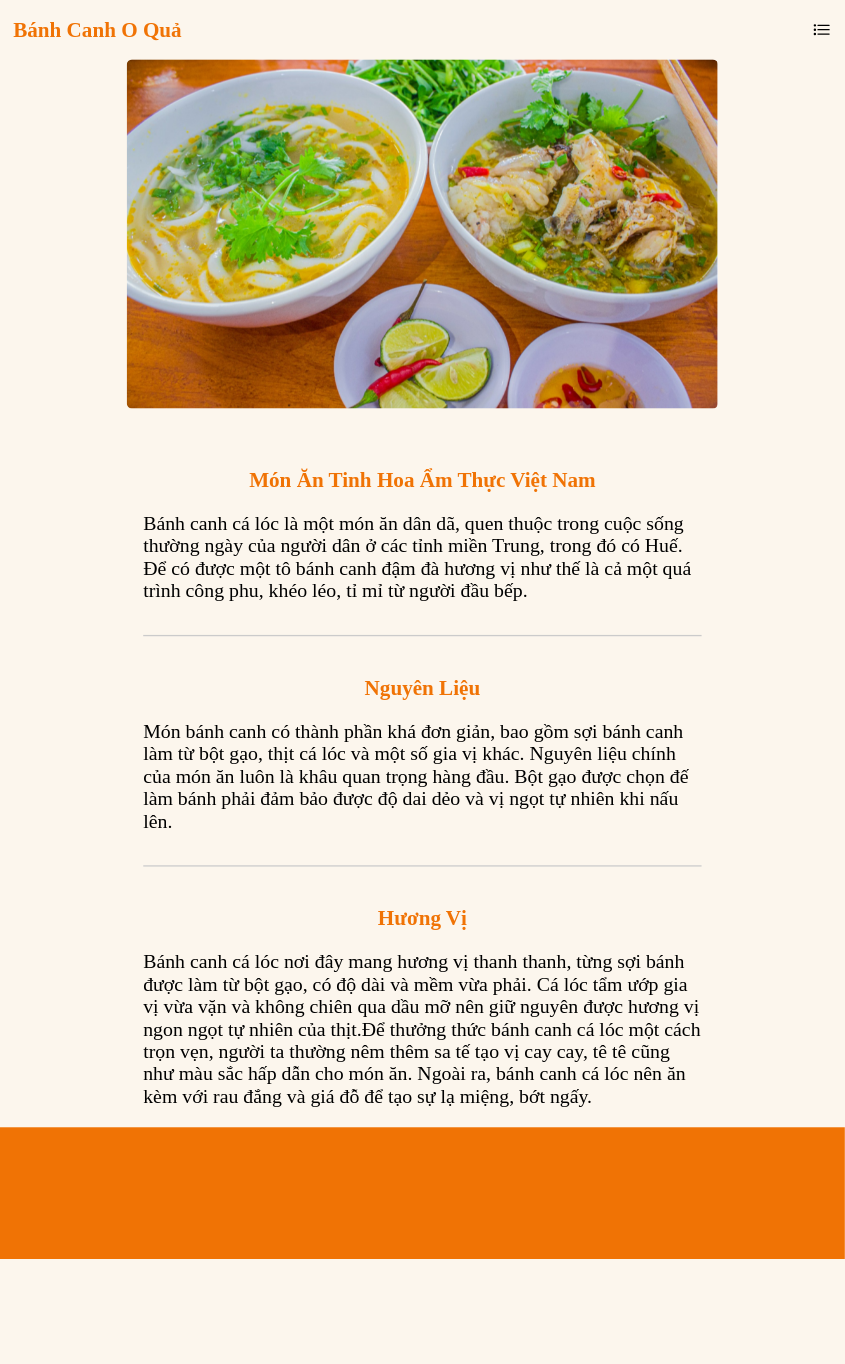
Repository: LeCongTuan2608/AmThuc
Page: public/index.html
The author's editor kept a copy of each file at every save. The page is drawn from the files as they stood at one save, then again after the next save.
The browser window is 1280 px wide. The pictures show the whole page, at 66% of full size.
Some web fonts or font styles are not loaded; a fallback is used. The style sheet was rebuilt from its Sass, Less or Tailwind sources for each picture, by a compiler version that may differ from the author's.

Above is the page before, as saved 2022-04-15 11:53:17.

After the next save:
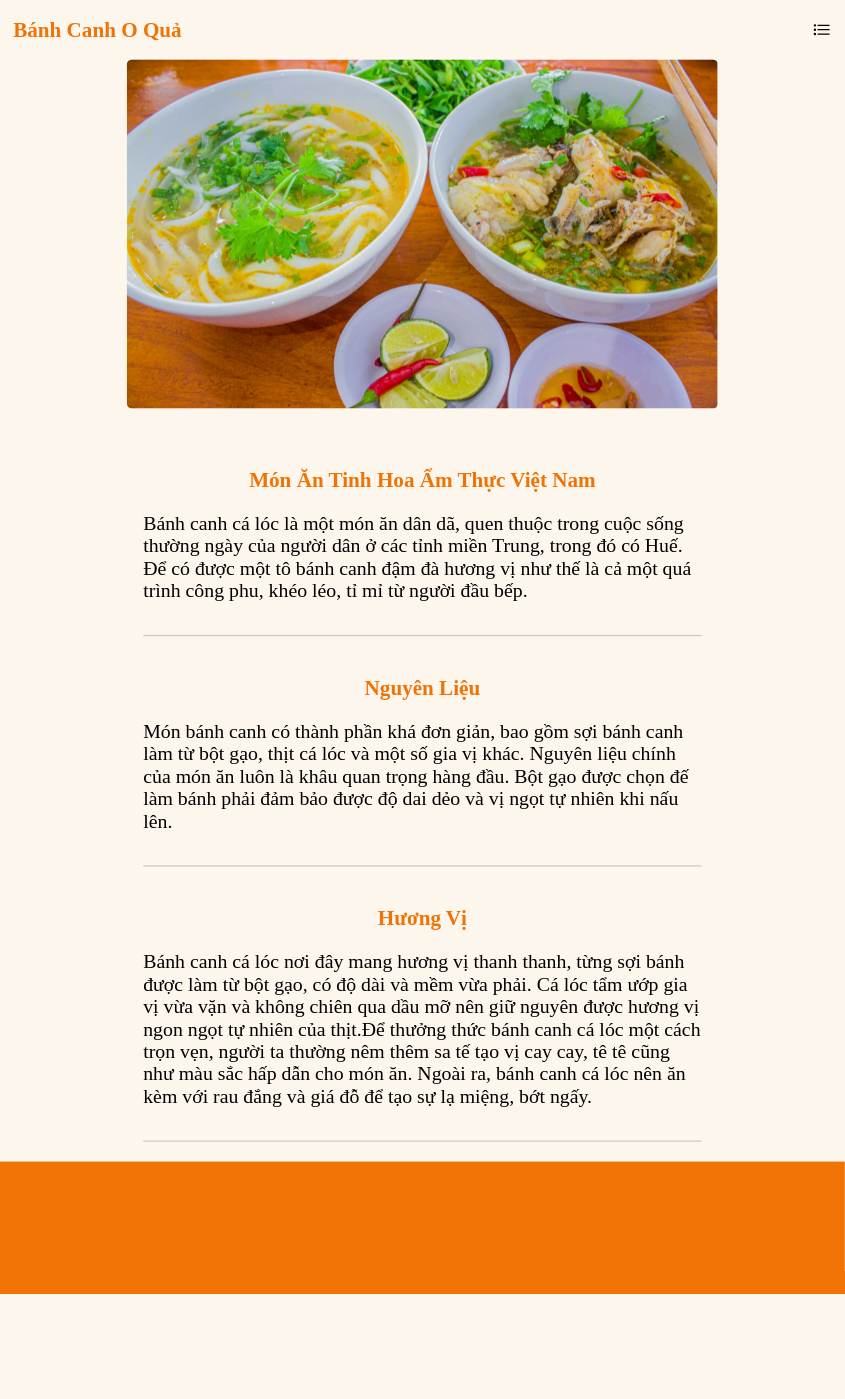
Saved 23 s later.
--- a/sass/index.scss
+++ b/sass/index.scss
@@ -93,6 +93,12 @@ main #container{
     font-size: $font_Size;
     font-family: $words_font;
 }
+#taste{
+    border-bottom-style: solid;
+    border-width: 2px;
+    border-color: #cecece;
+    padding-bottom: 50px;
+}
 #taste h1{
     color: $words_Color;
     text-align: center;
